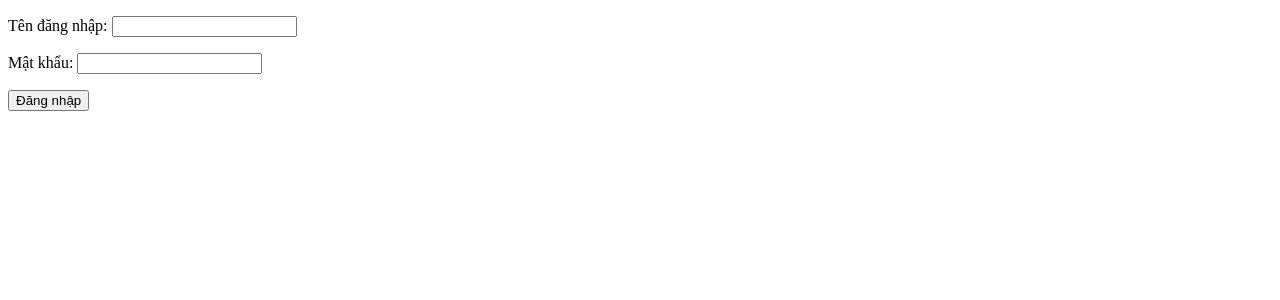
Repository: giakhiem2911/64131000_Web2
Page: Login/src/main/webapp/Login.html
These files come from the project's save history. The page is drawn as it stood at one moment and after the next save; the edit follows.
The browser window is 1280 px wide. The pictures show the whole page.

Above is the page before, as saved 2025-02-21 04:22:42.

### Login/src/main/webapp/Login.html
<!DOCTYPE html>
<html>
<head>
<meta charset="UTF-8">
<title>Login</title>
</head>
<body>
		<form action="Login.jsp" method="post">
		<div>
			<p>Tên đăng nhập: <input type="text" name="ten"></p>
			<p>Mật khẩu: <input type="password" name="mk"></p>
			<input type="submit" value="Đăng nhập">
		</div>
		</form>
</body>
</html>

After the next save:
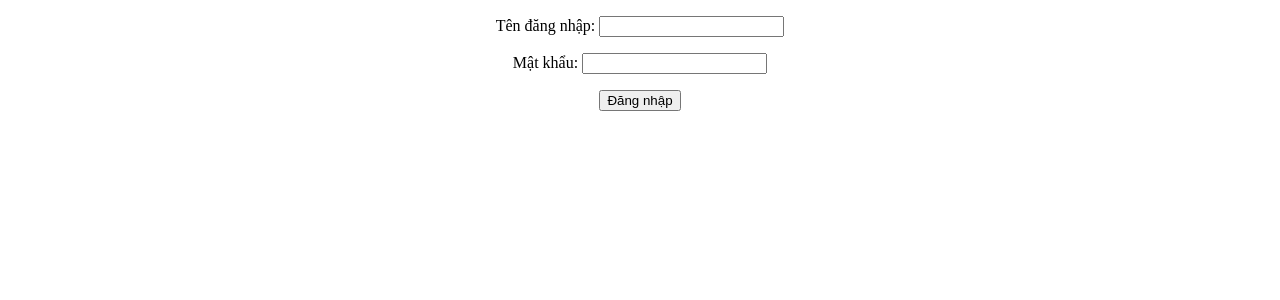
Saved 46 s later.
--- a/Login/src/main/webapp/Login.html
+++ b/Login/src/main/webapp/Login.html
@@ -6,7 +6,7 @@
 </head>
 <body>
 		<form action="Login.jsp" method="post">
-		<div>
+		<div style="text-align: center">
 			<p>Tên đăng nhập: <input type="text" name="ten"></p>
 			<p>Mật khẩu: <input type="password" name="mk"></p>
 			<input type="submit" value="Đăng nhập">

After the save that followed:
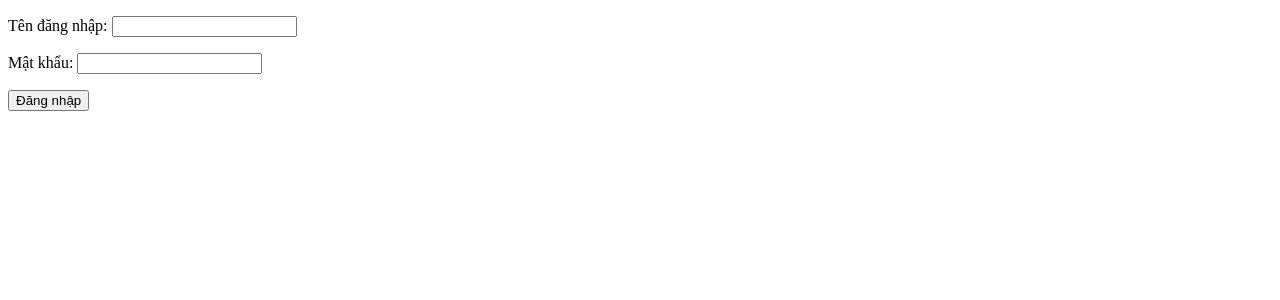
Saved 21 s later.
--- a/Login/src/main/webapp/Login.html
+++ b/Login/src/main/webapp/Login.html
@@ -6,7 +6,7 @@
 </head>
 <body>
 		<form action="Login.jsp" method="post">
-		<div style="text-align: center">
+		<div style="align-item: center">
 			<p>Tên đăng nhập: <input type="text" name="ten"></p>
 			<p>Mật khẩu: <input type="password" name="mk"></p>
 			<input type="submit" value="Đăng nhập">
